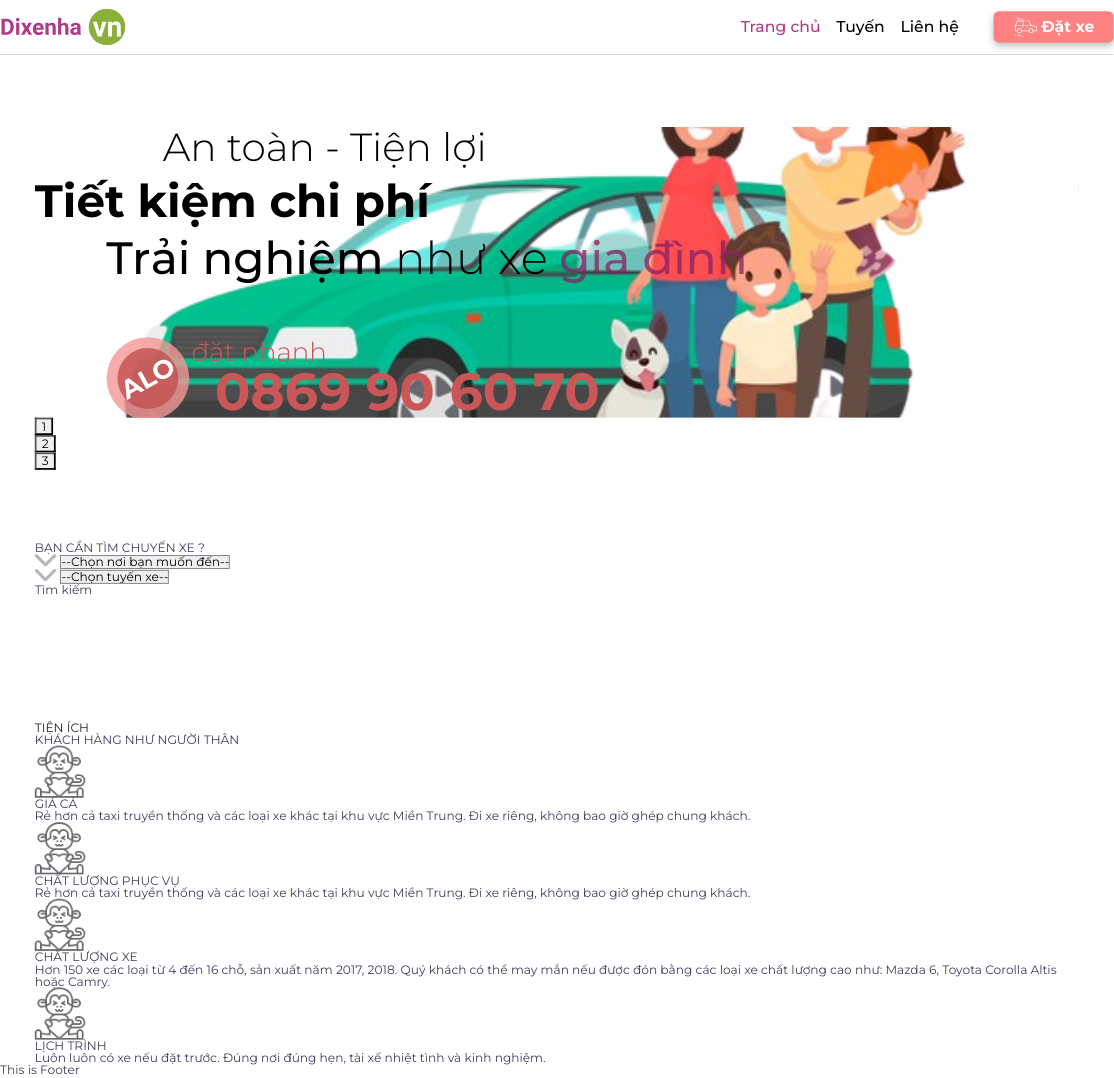
Repository: thanhthien0706/last_project--fe004
Page: lastProductF004/dist/index.html
The author's editor kept a copy of each file at every save. The page is drawn from the files as they stood at one save, then again after the next save.
The browser window is 1280 px wide. The pictures show the whole page, at 87% of full size.
Some web libraries are served in a nearby version. The style sheet was rebuilt from its Sass, Less or Tailwind sources for each picture, by a compiler version that may differ from the author's.

Above is the page before, as saved 2021-09-16 20:13:36.

After the next save:
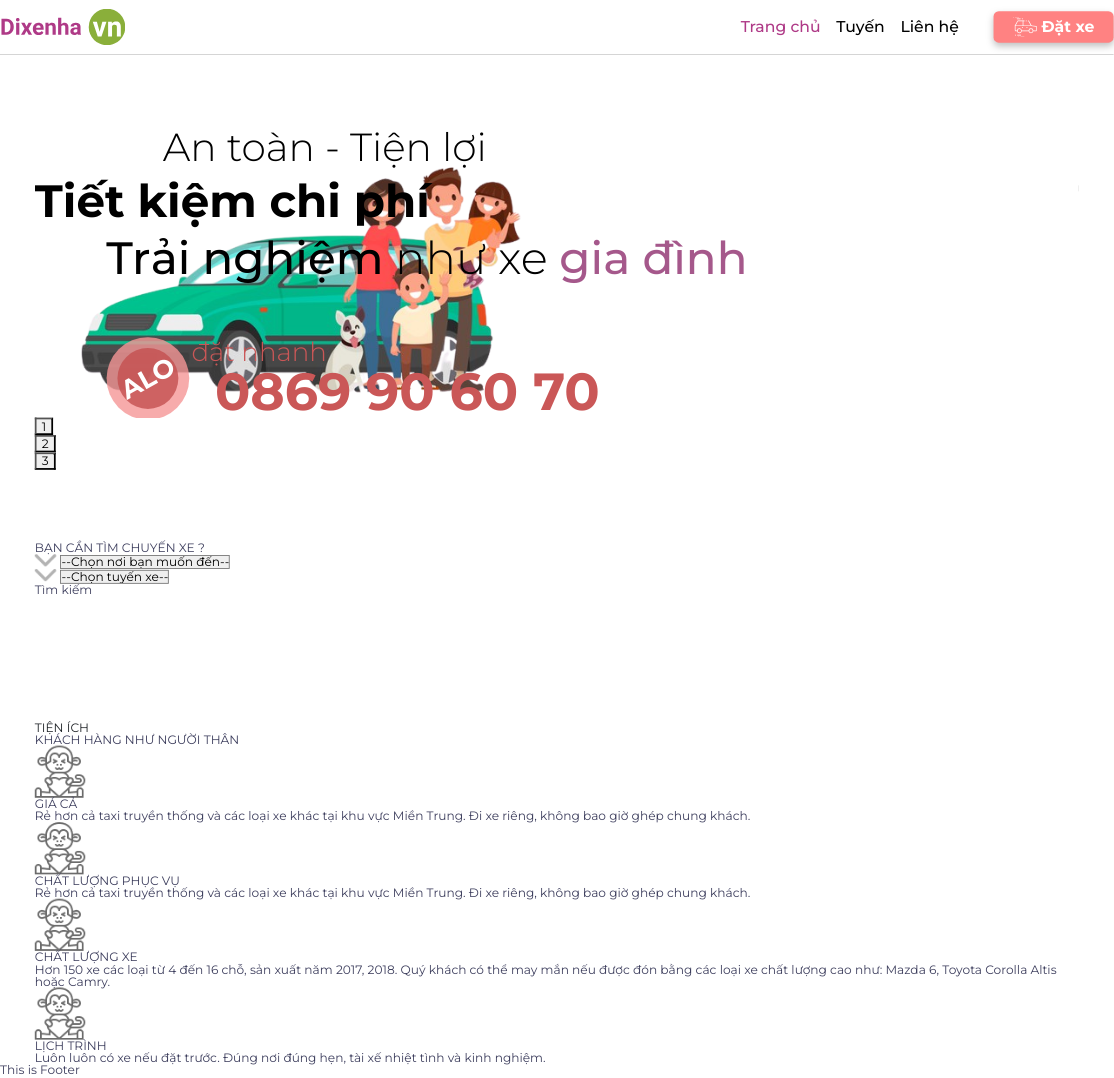
Saved 15 s later.
--- a/lastProductF004/src/styles/pages/_homepage.scss
+++ b/lastProductF004/src/styles/pages/_homepage.scss
@@ -106,8 +106,8 @@ html {
             }
             .box_img{
                 img{
-                    width: 100%;
-                    height: 100%;
+                    width: auto;
+                    height: 365px;
                     object-fit: cover;
                 }
             }
